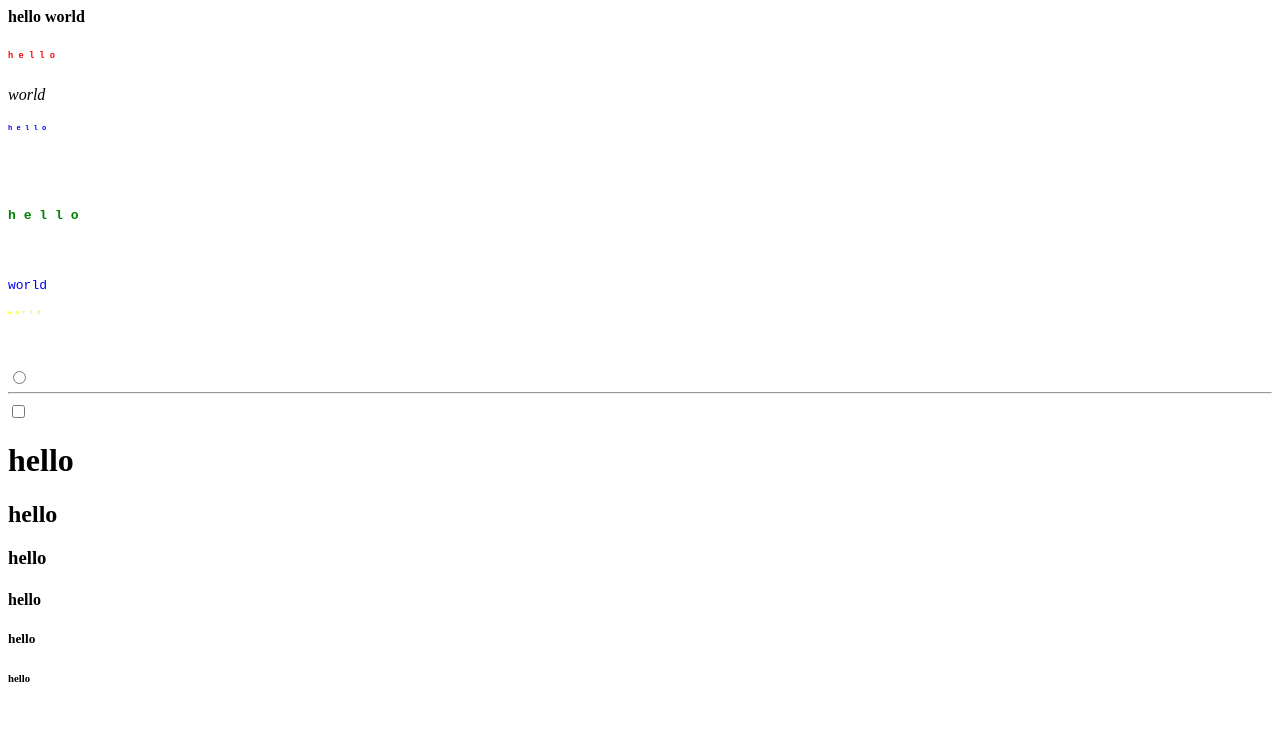
Repository: cbickhar/cbickhar.github.io
Page: project_1.html
The author's editor kept a record of every edit. The page is drawn from the files as they stood at one moment, then again after the next edit.
The browser window is 1280 px wide. The pictures show the whole page.

Above is the page before.

### project_1.html
<html>
<body style="background:#gray">
    <strong>hello world</strong>
    <br>
    <font size="3" color="red"><h6> <code>h e l l o</code> </h6></font> <em>world</em>
    <br>
    <font size="2" color="blue"><h6> <code>h e l l o</code> </h6></font>
    <br>
    <font size="5" color="green"><h6> <code>h e l l o</code> </h6></font>
    <br>
    <font color="blue"><code>world</code></font>
    <br>
    <font size="1" color="yellow"><h6> <code>w o r l d</code> </h6></font>
    <br>
    <font color="white">< o ></font>
    <br>
    <input type="radio" name="hello">
    <hr />
    <input type ="checkbox" name="world">
    <h1>hello</h1> <h2>hello</h2> <h3>hello</h3> <h4>hello</4> <h5>hello</h5> <h6>hello</h6>
    <br>
</html>

After the next edit:
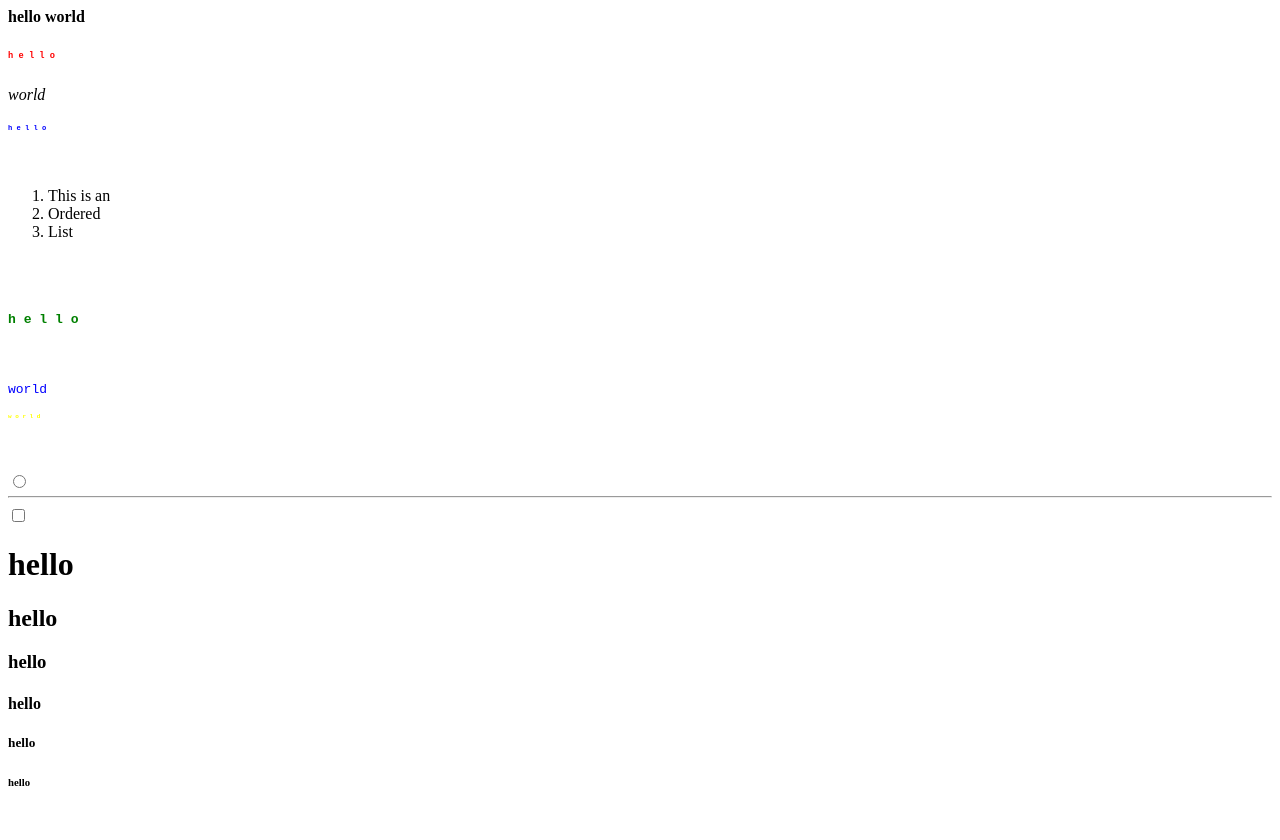
The edit:
--- a/project_1.html
+++ b/project_1.html
@@ -5,6 +5,12 @@
     <font size="3" color="red"><h6> <code>h e l l o</code> </h6></font> <em>world</em>
     <br>
     <font size="2" color="blue"><h6> <code>h e l l o</code> </h6></font>
+    <br>
+    <ol>
+  <li>This is an</li>
+  <li>Ordered</li>
+  <li>List</li>
+</ol>
     <br>
     <font size="5" color="green"><h6> <code>h e l l o</code> </h6></font>
     <br>
